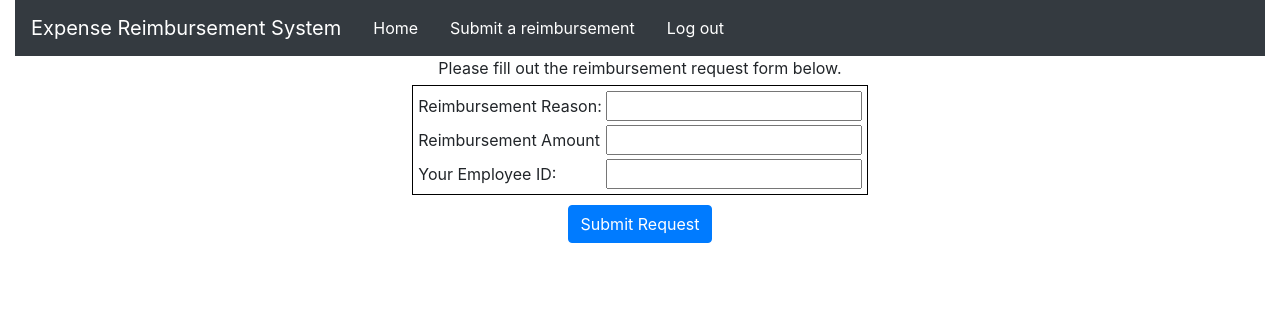
Repository: Trevormulrenin/ers-app
Page: ers-app/src/main/webapp/html/reimbursement_home.html
An editor plug-in stored every save of this project. The page is shown before and after the next save, followed by the edit.
The browser window is 1280 px wide. The pictures show the whole page.

Above is the page before, as saved 2021-03-31 00:17:31.

### ers-app/src/main/webapp/html/reimbursement_home.html
<!DOCTYPE html>
<html>
<head>
<meta charset="UTF-8">
<meta name="viewport" content="width=device-with, initial-scale=1.0">

<link rel="stylesheet"
	href="https://stackpath.bootstrapcdn.com/bootstrap/4.5.0/css/bootstrap.min.css"
	integrity="sha384-9aIt2nRpC12Uk9gS9baDl411NQApFmC26EwAOH8WgZl5MYYxFfc+NcPb1dKGj7Sk"
	crossorigin="anonymous">
<link rel="stylesheet" type="text/css" href="../css/style.css">
<title>Expense Reimbursement System</title>
</head>

<body>
	<div class="container-fluid">
		<nav class="navbar navbar-expand-lg navbar-dark bg-dark">
			<a class="navbar-brand" href="/ers-app/EmployeeHomeServlet">Expense Reimbursement System</a>
					 	<a class="nav-item nav-link" href="/ers-app/EmployeeHomeServlet">Home</a>
						<a class="nav-item nav-link active" href="reimbursement_home.html">Submit a reimbursement</a>

			<div class="nav-list-right" id="navbarMenuRight">
				<a class="nav-item nav-link" href="logout.html">Log out</a>
			</div>

		</nav>
	</div>
	<div class="container">
		<header style="text-align:center"> Please fill out the reimbursement request form
			below.</header>
		<form action="../ReimbursementForm" method="get">
			<table class="center" id="reimbursement-table">
				<tr>
					<td>Reimbursement Reason:</td>
					<td><input type="text" id="reimbursement-reason"
						name="reimbursementDescription"></td>
				</tr>
				<tr>
					<td>Reimbursement Amount</td>
					<td><input type="number" step="any" name="reimbursementAmount">
					</td>
				</tr>
				<tr>
					<td>Your Employee ID:</td>
					<td><input type="number" name="reimbursementEmployeeId">
					</td>
				</tr>
			</table>
			<div class="log-in-button">
				<button type="submit" class="btn btn-primary">Submit
					Request</button>
			</div>
		</form>
	</div>

</body>
</html>

### ers-app/src/main/webapp/css/style.css
@charset "UTF-8";

#navbar-menu-right{
	text-decoration: none;
	color: black;
}

.nav-item, .nav-item-active, .nav-list-right {
		color: white;
		border: 1px;
		border-color:white;
	}

h1 {
	text-align: center;
    font-family: Lato;
    color: Black;
    font-size: 40px;
    margin: 50px;
}

p {
	text-align: center;
    font-family: Lato;
	color: Black;
	font-size: 15px;
}

h2 {
	text-align: center;
    font-family: Lato;
    color: Black;
    font-size: 40px;
    margin: 25px;
}

#enter-credentials {
	text-align: center;
    font-family: Lato;
	color: Black;
	font-size: 20px;
}


#pending-reimbursement, #resolved-reimbursement {
	border: 2px solid black;
	color: black;
	text-align:center;
	height: 300px;
	width: 400px;
    top:30%;
    left:10%;
/*     display: flex; */
/* 	justify-content: space-evenly; */
}

#pending-reimbursement {
	float: left;
}

#resolved-reimbursement:hover {
	background-color: gray;
	color:white;
}

#pending-reimbursement:hover {
	background-color: gray;

	color:white;
}

#pending-table, #resolved-table {
	padding: 10px;
	margin-left: auto;
	margin-right: auto;
	margin-top:20%;
	border: 2px solid black;
	border-collapse: separate;
	border-spacing: 10px;
}

.nav-item, .nav-item-active, .nav-list-right {
/* 		text-decoration: none; */
		color: white;
		border: 1px;
		border-color:white;
	}

th, tr {
	border: 2px;
}

#log-in-button {
	text-align: center;
}

.login {
	border: 2px solid black;
	content: 5px;
	width: auto;
	text-align: center;
	padding: 5px;
	margin: auto;
	box-shadow: white;
}

#update-table {
	width: "100%";
	padding: 2px;
	margin-top: 5px;
	margin-bottom: 0px;
	margin-left: auto;
	margin-right: auto;
	border: 1px solid black;
	border-collapse: separate;
	border-spacing: 2px;
}

#reimbursement-table {
	width: "100%";
	padding: 2px;
	margin-top: 5px;
	margin-bottom: 0px;
	margin-left: auto;
	margin-right: auto;
	border: 1px solid black;
	border-collapse: separate;
	border-spacing: 2px;
}

.log-in-button {
	text-align: center;
	margin-top: 10px;
}

After the next save:
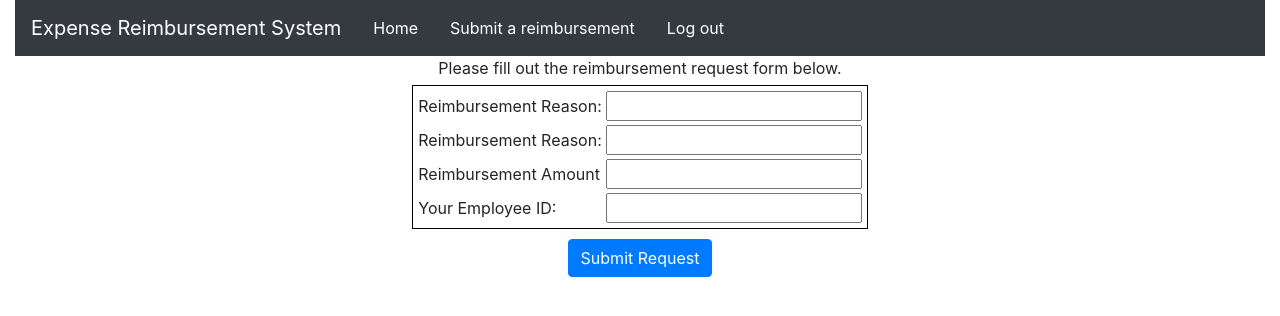
Saved 25 s later.
--- a/ers-app/src/main/webapp/html/reimbursement_home.html
+++ b/ers-app/src/main/webapp/html/reimbursement_home.html
@@ -34,6 +34,10 @@
 					<td>Reimbursement Reason:</td>
 					<td><input type="text" id="reimbursement-reason"
 						name="reimbursementDescription"></td>
+				</tr><tr>
+					<td>Reimbursement Reason:</td>
+					<td><input type="text" id="reimbursement-reason"
+						name="reimbursementDescription"></td>
 				</tr>
 				<tr>
 					<td>Reimbursement Amount</td>

After the 2 saves that followed:
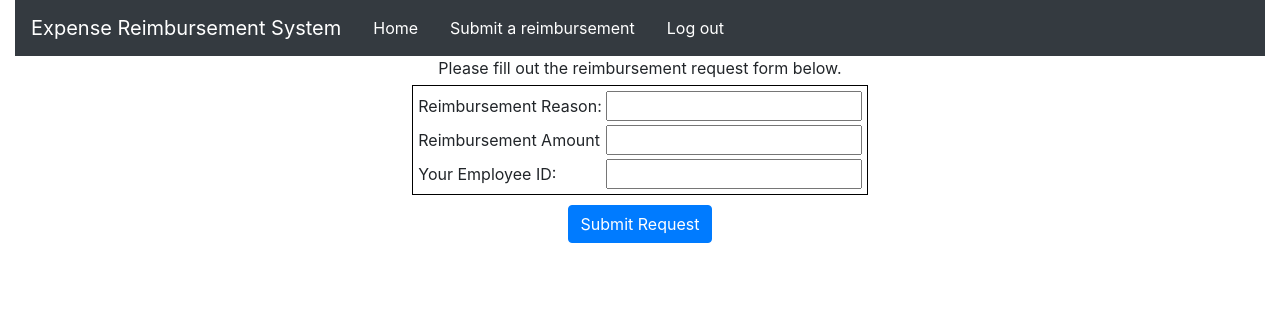
The 2 saves are shown as one change because 1 left the picture as it was.
The last was saved 15 s later.
--- a/ers-app/src/main/webapp/html/reimbursement_home.html
+++ b/ers-app/src/main/webapp/html/reimbursement_home.html
@@ -34,10 +34,6 @@
 					<td>Reimbursement Reason:</td>
 					<td><input type="text" id="reimbursement-reason"
 						name="reimbursementDescription"></td>
-				</tr><tr>
-					<td>Reimbursement Reason:</td>
-					<td><input type="text" id="reimbursement-reason"
-						name="reimbursementDescription"></td>
 				</tr>
 				<tr>
 					<td>Reimbursement Amount</td>
